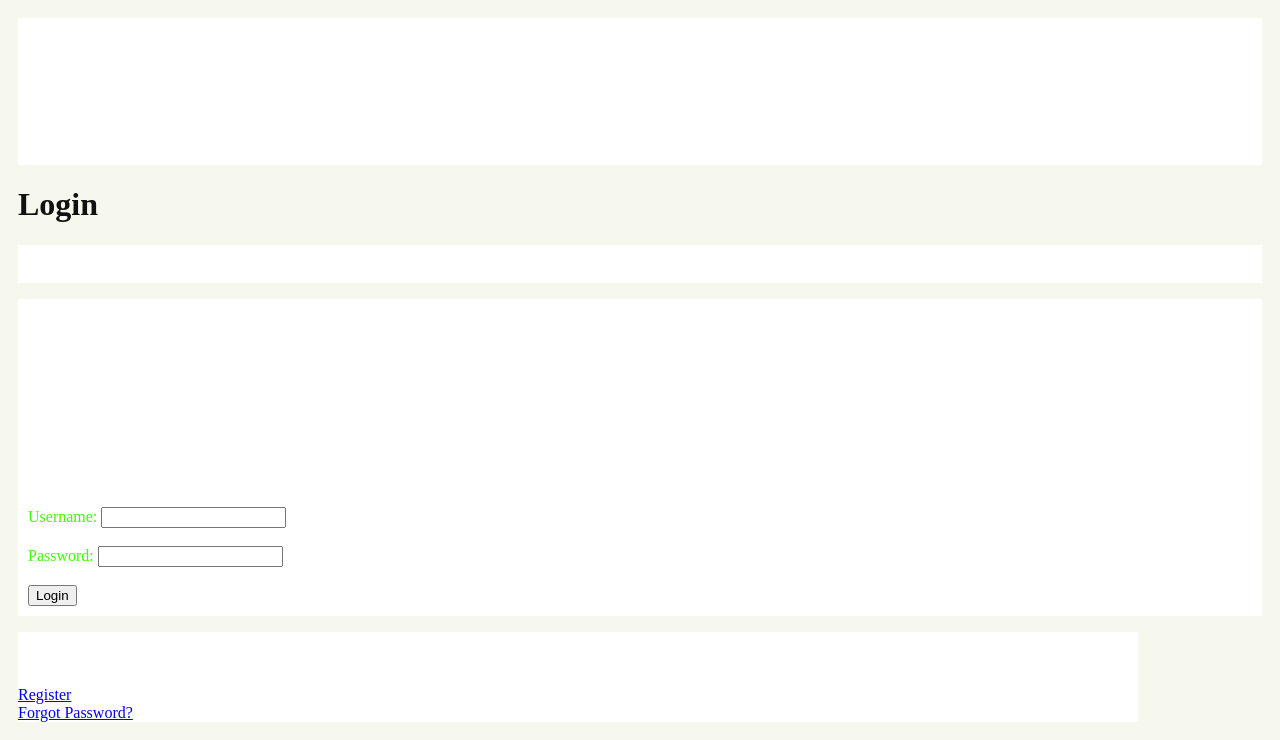
Repository: Gianeuz/CD-Miranda
Page: login/login.html
An editor plug-in stored every save of this project. The page is shown before and after the next save, followed by the edit.
The browser window is 1280 px wide. The pictures show the whole page.

Above is the page before, as saved 2026-09-25 00:00:57.

### login/login.html
<!DOCTYPE html>
<html lang="en">
<head>
    <meta charset="UTF-8">
    <meta name="viewport" content="width=device-width, initial-scale=1.0">
    <link rel="icon" href="favicon.jpg" type="image/x-icon">
    <link rel="stylesheet" href="login.css">
    <title>CD Miranda</title>
</head>
<body>

    <div class="header">
        <h1>Urban Scope</h1>
        <h2>CD Miranda Realty</h2>
    </div>
<div class="welcome">
    <h1>Login</h1>
    <p>Welcome to CD Miranda!</p>
</div>

<div class="qoute">
    <p>Better Homes <br> Brighter Futures</p>
</div>

<div class="qoute-text">
    <p>Access property details, submit inquiries, upload your documents, and track your journey.</p>
</div>

<div class="login-form">
    <form action="login.php" method="post">
        <label for="username">Username:</label>
        <input type="text" id="username" name="username" required><br><br>

        <label for="password">Password:</label>
        <input type="password" id="password" name="password" required><br><br>

        <input type="submit" value="Login">
    </form>
</div>

<div class="register">
    <p>Don't have an account?</p>
    <a href="register.html">Register</a>
</div>

<div class="forgot-password">
    <a href="forgot_password.html">Forgot Password?</a>
</div>

</body>
</html>

### login/login.css
body {
    background-color: #f6f8ed;
    color: rgb(17, 17, 17);
    padding: 10px;
    text-align: left;
}

p {
    background-color: #ffffff;
    color: rgb(255, 255, 255);
    padding: 10px;
    text-align: left;
}

.header {
    background-color: #ffffff;
    color: rgb(255, 255, 255);
    padding: 10px;
    text-align: left;
}

.qoute {
    background-color: #ffffff;
    color: rgb(60, 255, 0);
    padding: 10px;
    text-align: left;
}

.qoute-text {
    background-color: #ffffff;
    color: rgb(60, 255, 0);
    padding: 10px;
    text-align: left;
}

.login-form {
    background-color: #ffffff;
    color: rgb(60, 255, 0);
    padding: 10px;
    text-align: left;
}

.register{
    background-color: #ffffff;
    right: 90px;
    top: 100px;
    width: 90%;
}

.forgot-password {
    background-color: #ffffff;
    right: 90px;
    top: 100px;
    width: 90%;
}

After the next save:
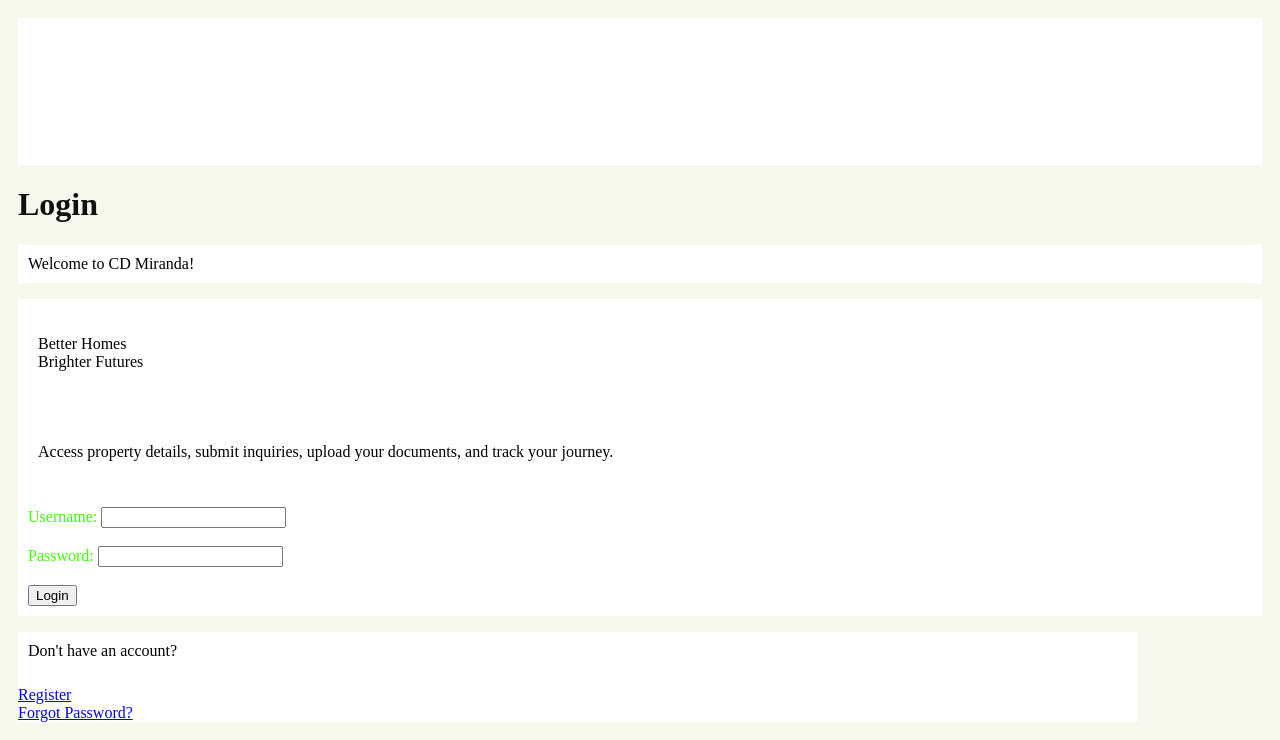
Saved 4 s later.
--- a/login/login.css
+++ b/login/login.css
@@ -7,7 +7,7 @@ body {
 
 p {
     background-color: #ffffff;
-    color: rgb(255, 255, 255);
+    color: rgb(0, 0, 0);
     padding: 10px;
     text-align: left;
 }
